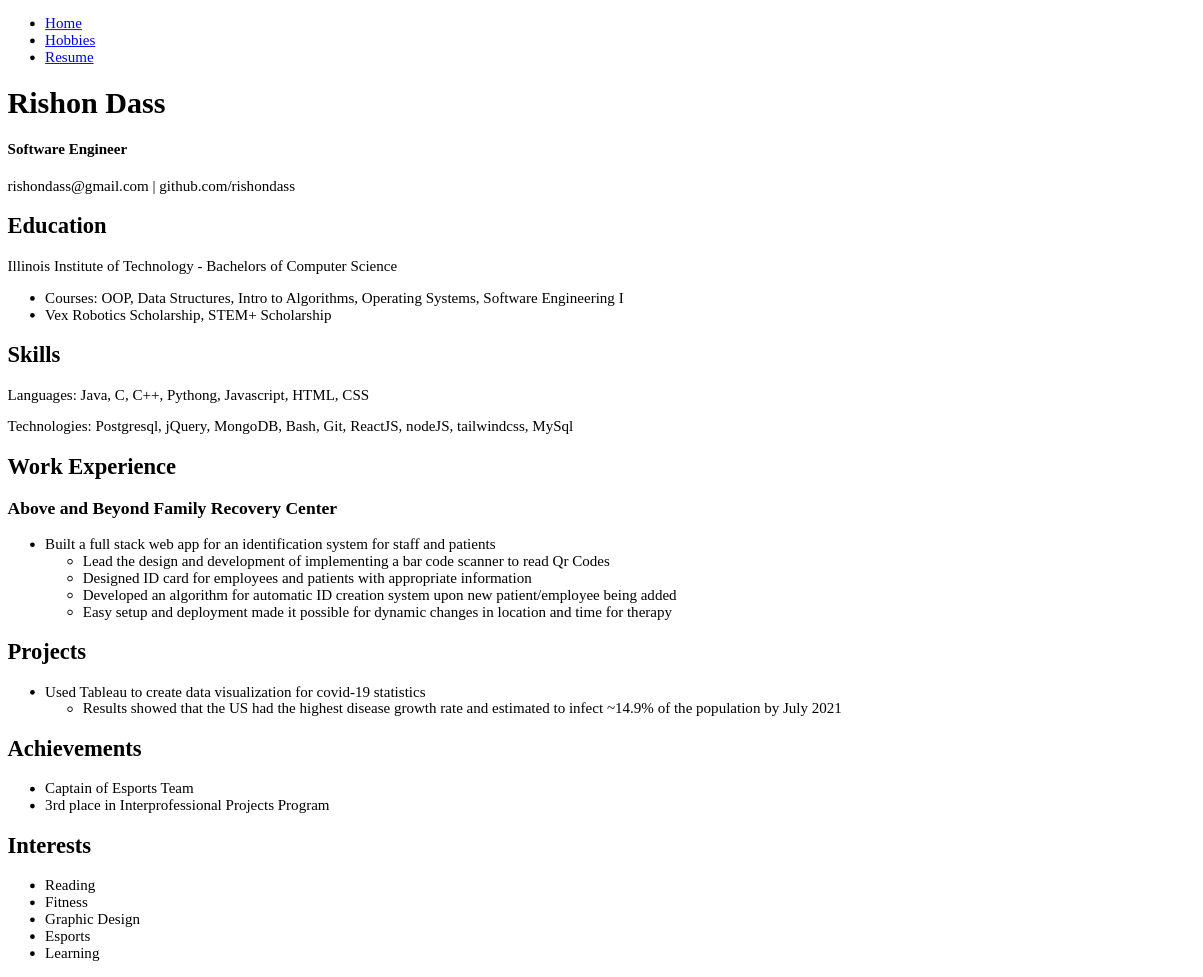
Repository: rishondass/ITMD361-Project1
Page: resume.html
These files come from the project's save history. The page is drawn as it stood at one moment and after the next save; the edit follows.
The browser window is 1280 px wide. The pictures show the whole page, at 94% of full size.

Above is the page before, as saved 2023-02-22 15:25:54.

After the next save:
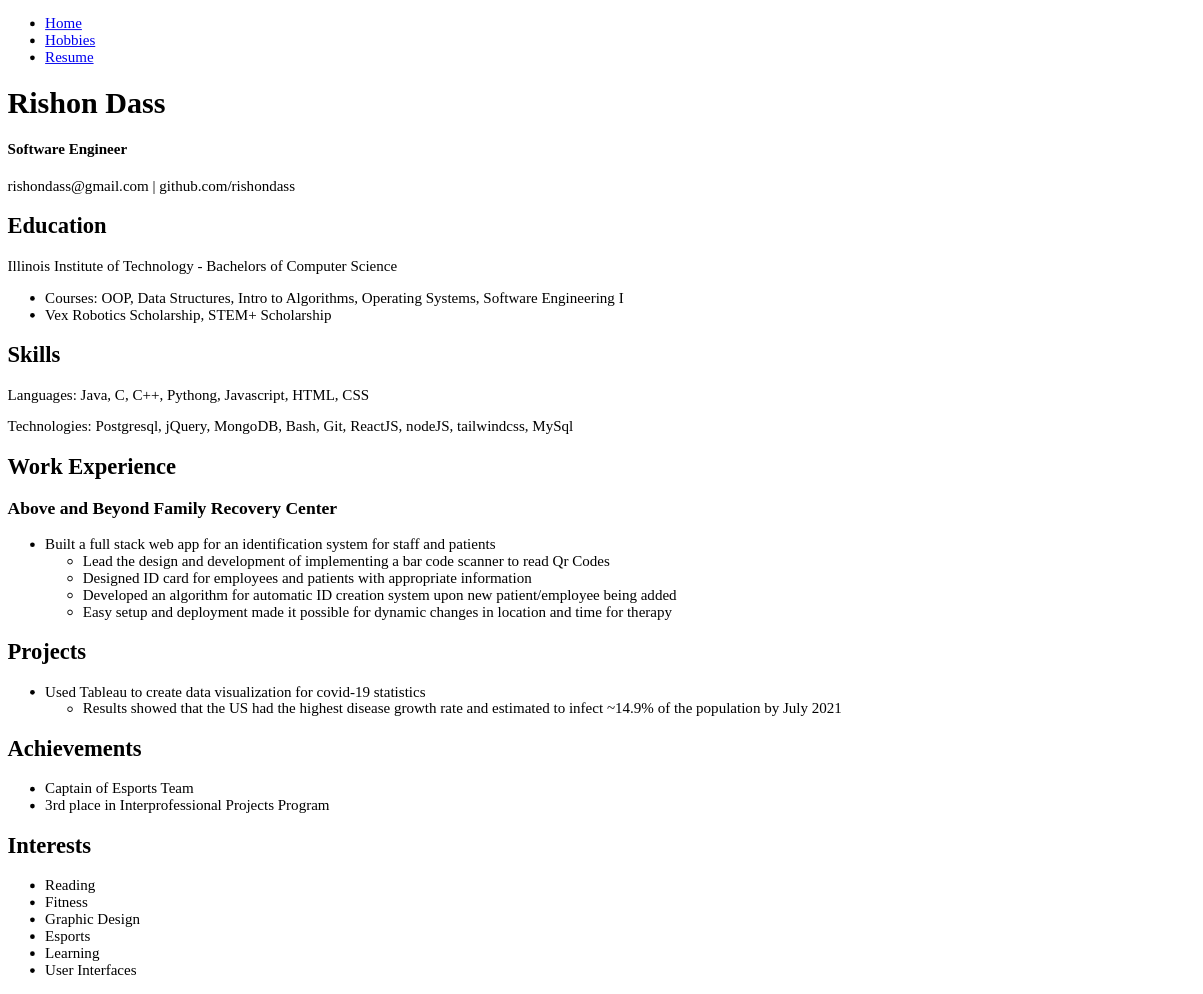
Saved 7 s later.
--- a/resume.html
+++ b/resume.html
@@ -135,7 +135,9 @@
                 <li>
                     Learning
                 </li>
-
+                <li>
+                    User Interfaces
+                </li>
             </ul>
         </p>
     </div>
